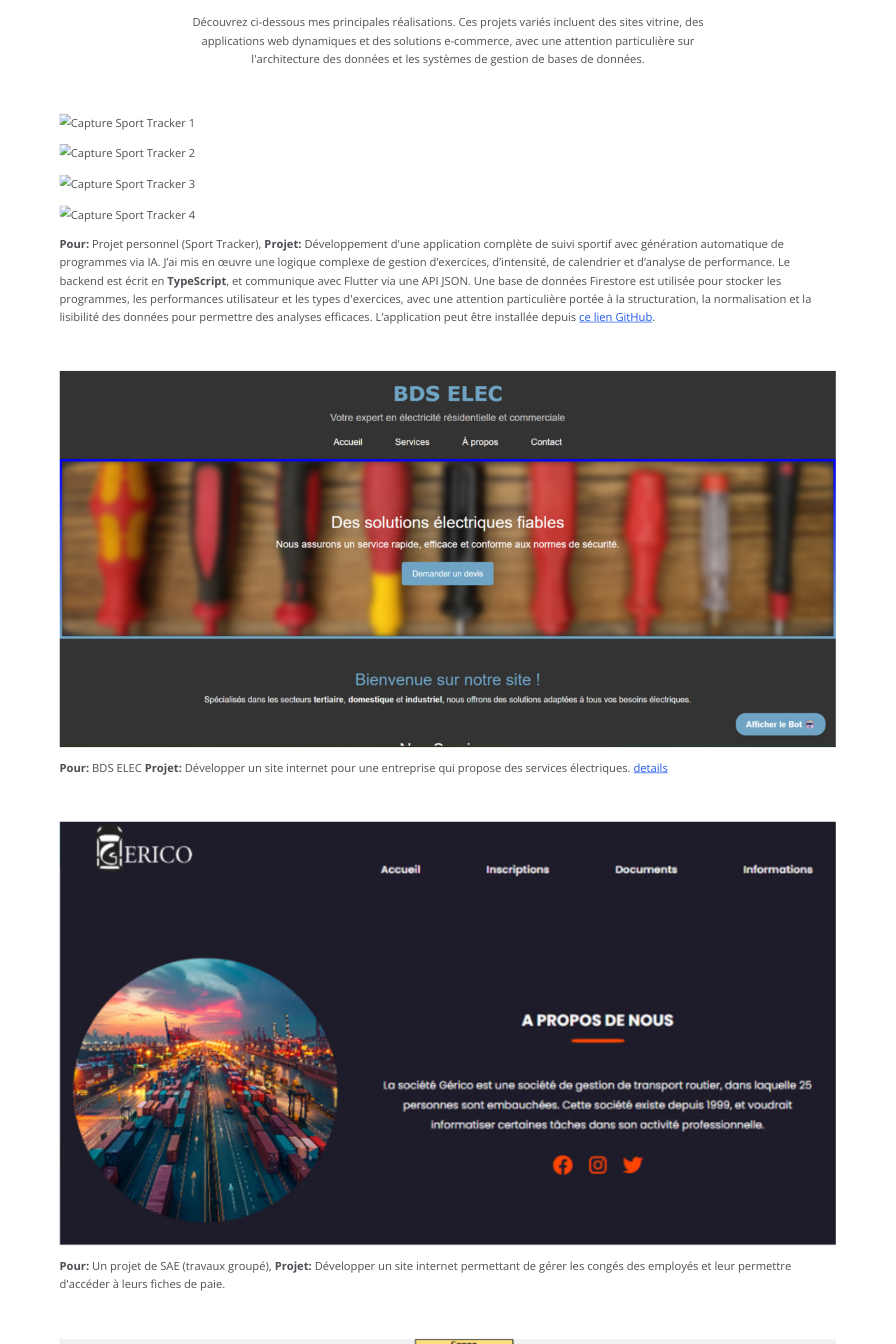
Repository: J2S80000/Portfolio
Page: index.html
These files come from the project's save history. The page is drawn as it stood at one moment and after a run of saves; the edit follows.
The browser window is 1280 px wide. The pictures show the part of the page from y = 3241 to 5161 px (the page is 8430 px tall before and 12862 px after), at 70% of full size.

Above is the page before, as saved 2025-07-07 16:46:33.
Not found: images/sport_tracker.jpg
Not found: images/sport_tracker1.jpg
Not found: images/sport_tracker2.jpg

After the next 3 saves:
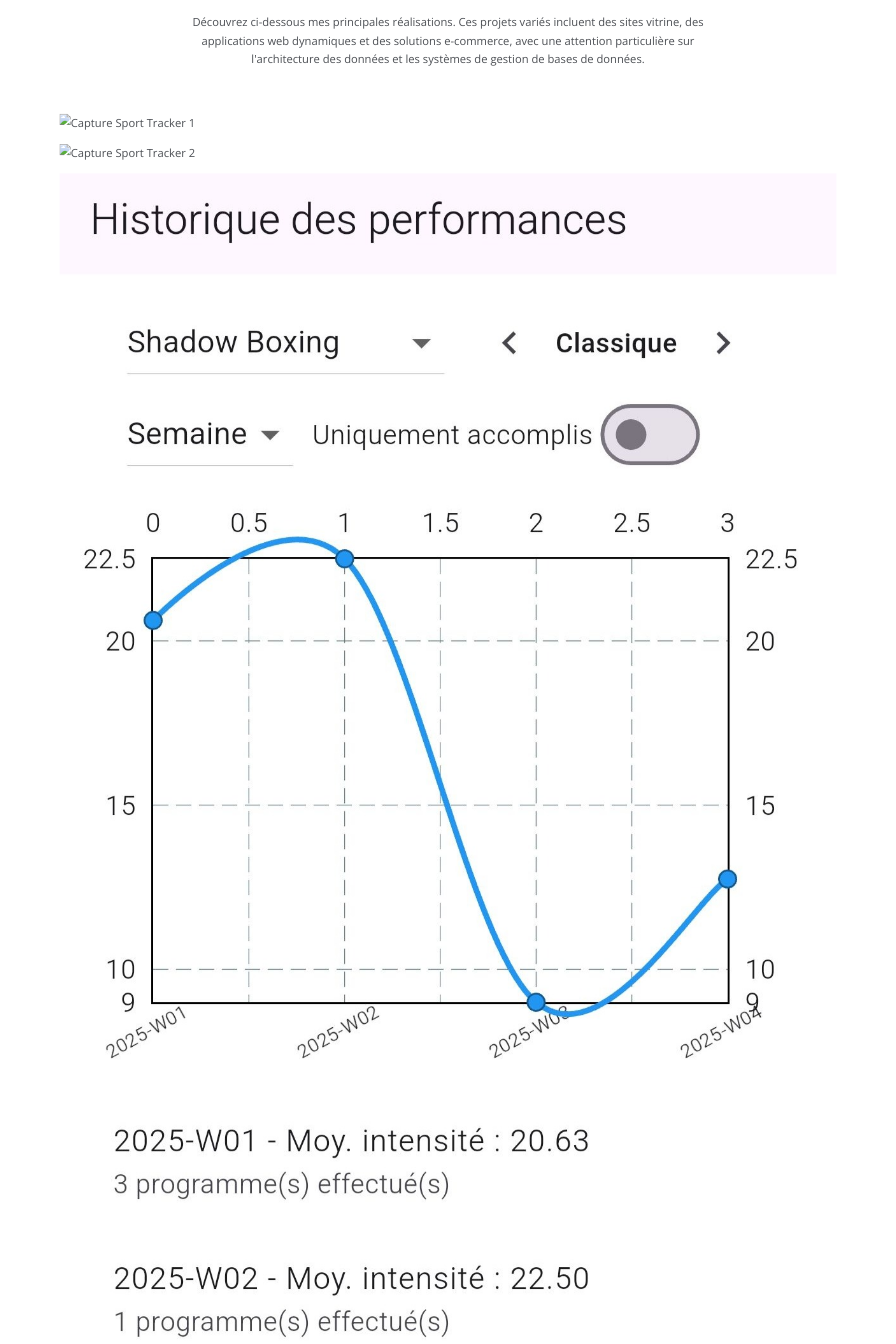
The 3 saves are shown as one change because they came seconds apart.
The last was saved 10 s later.
--- a/index.html
+++ b/index.html
@@ -213,10 +213,10 @@
         <img class="img-fluid" src="images/sport_tracker2.jpg" alt="Capture Sport Tracker 2">
     </div> <!-- end of image-container -->
     <div class="image-container">
-        <img class="img-fluid" src="images/sport_tracker.jpg" alt="Capture Sport Tracker 3">
+        <img class="img-fluid" src="images/3.sport_tracker.jpg" alt="Capture Sport Tracker 3">
     </div> <!-- end of image-container -->
     <div class="image-container">
-        <img class="img-fluid" src="images/sport_tracker4.jpg" alt="Capture Sport Tracker 4">
+        <img class="img-fluid" src="images/4.sport_tracker.jpg" alt="Capture Sport Tracker 4">
     </div> <!-- end of image-container -->
 <p>
   <strong>Pour:</strong> Projet personnel (Sport Tracker),
